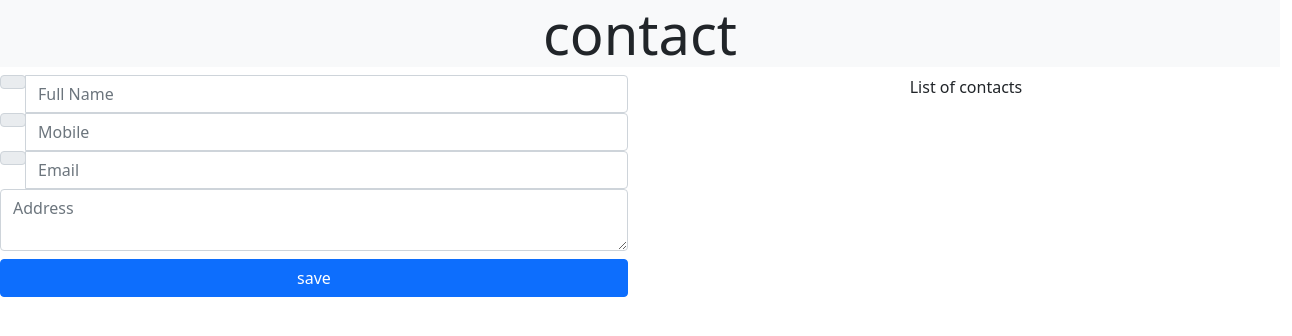
Repository: sahil801/my-react
Page: / (app in finalassignment/)
The author's editor kept a copy of each file at every save. The page is drawn from the files as they stood at one save, then again after the next save.
The browser window is 1280 px wide. The page is 1292 px wide, so the pictures cover 1292 px, including what lies to the right of the window. The pictures show the whole page.
The page's requests for data from a server got no answer. The project was rebuilt for these pictures with package versions that can differ from the ones it lists, and the page was loaded fresh each time. No one was signed in, and anything a server would have sent is missing.

Above is the page before, as saved 2021-10-28 14:40:32.

### finalassignment/src/index.js
import React from 'react';
import ReactDOM from 'react-dom';
import './index.css';
import App from './App';
import reportWebVitals from './reportWebVitals';
import 'bootstrap/dist/css/bootstrap.min.css';

ReactDOM.render(
  <React.StrictMode>
    <App />
  </React.StrictMode>,
  document.getElementById('root')
);
reportWebVitals();

### finalassignment/src/App.js
import './App.css';
import Contacts from './components/contacts';
function App() {
  return (
    <div className="App">
      <Contacts/>
    </div>
  );
}

export default App;

### finalassignment/src/components/contacts.js
import React ,{useState,useEffect} from 'react'
import Contactform from './contactform';
import firebaseDb from "../firebase";

export default function Contacts() {
    const addEdit =(obj)=>{
        firebaseDb.child('contacts').push(
            obj,
            err => {
                if (err)
                    console.log(err)
            }
        )

    }
    return (
        <>
        <div className="bg-light text-center">
            <div className="container p-250">
                <h1 className="display-4">contact</h1>
            </div>
        </div>
        <div className="row mt-10">
            <div className="col md-5 w-20">
                <Contactform addEdit={addEdit}/>
            </div>
            <div className="col md-7">
                <div>List of contacts</div>
            </div>
        </div>
        </>
    )
}

### finalassignment/src/components/contactform.js
import React ,{useState,useEffect} from 'react'
// import {Form} from 'react-bootstrap';

export default function Contactform(props) {

    const initialFieldValue = {
        name : '',
        mobile : '',
        email : '',
        address : ''
    }
    const [value,setValue] = useState(initialFieldValue);
    const handleInputChange = (e) =>{
        const name = e.target.name;
        const val = e.target.value;
        setValue({...value, [name]:val})
    }
    const handleSubmit =(e)=>{
        e.preventDefault();
        props.addEdit(value)
    }
    return (
        <div>
            <form autoComplete="off" onSubmit={handleSubmit}>
            <div className="form-group input-group">
                <div className="input-group-prepend">
                    <div className="input-group-text">
                        <i className="fas fa-user"></i>
                    </div>
                </div>
                <input className="form-control" placeholder="Full Name" name="name"
                    value={value.name}
                    onChange={handleInputChange}
                />
            </div>
            <div className="form-row">
                <div className="form-group input-group col-md-6">
                    <div className="input-group-prepend">
                        <div className="input-group-text">
                            <i className="fas fa-mobile-alt"></i>
                        </div>
                    </div>
                    <input className="form-control" placeholder="Mobile" name="mobile"
                        value={value.mobile}
                        onChange={handleInputChange}
                    />
                </div>
                <div className="form-group input-group col-md-6">
                    <div className="input-group-prepend">
                        <div className="input-group-text">
                            <i className="fas fa-envelope"></i>
                        </div>
                    </div>
                    <input className="form-control" placeholder="Email" name="email"
                        value={value.email}
                        onChange={handleInputChange}
                    />
                </div>
            </div>
            <div className="form-group">
                <textarea className="form-control" placeholder="Address" name="address"
                    value={value.address}
                    onChange={handleInputChange}
                />
            </div>
            <div className="form-group">
                <input type="submit" className="btn btn-primary btn-block w-100 mt-2" value='save' />
            </div>
            </form>
        </div>
    )
}

### finalassignment/src/firebase.js
// import firebase from 'firebase/compat/dist/app';
// import 'firebase/database'

import * as firebase from "firebase";

const firebaseConfig = {
  apiKey: "AIzaSyCY0GXjXd7uOSQEG1_hYhTBO2Rbwx4RFdw",
  authDomain: "react-crud-d275a.firebaseapp.com",
  databaseURL: "https://react-crud-d275a-default-rtdb.firebaseio.com",
  projectId: "react-crud-d275a",
  storageBucket: "react-crud-d275a.appspot.com",
  messagingSenderId: "106783588214",
  appId: "1:106783588214:web:167055a6aa21af137c0457"
};

  // Initialize Firebase
var fireDb = firebase.initializeApp(firebaseConfig);

export default fireDb.database().ref();

Loaded but not shown: finalassignment/public/index.html (common file); finalassignment/src/index.css (common file); finalassignment/src/reportWebVitals.js (common file); finalassignment/src/App.css (common file)

After the next save:
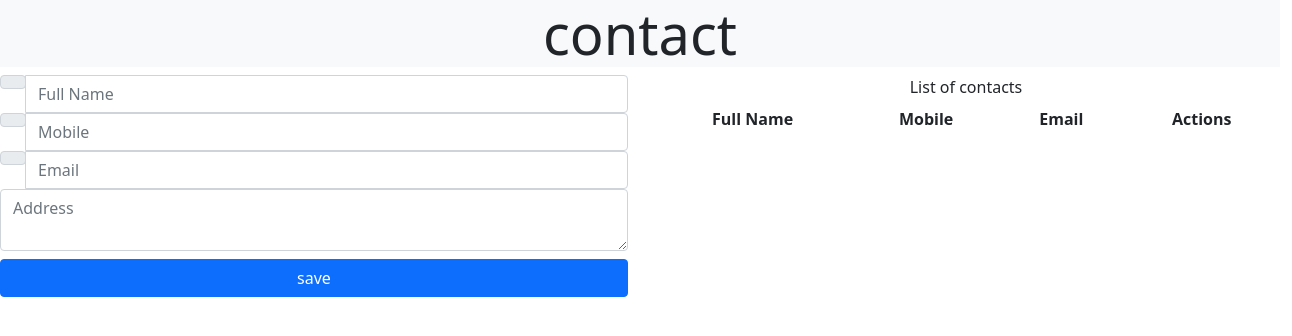
Saved 9 min 39 s later.
--- a/finalassignment/src/components/contacts.js
+++ b/finalassignment/src/components/contacts.js
@@ -3,6 +3,19 @@ import Contactform from './contactform';
 import firebaseDb from "../firebase";
 
 export default function Contacts() {
+
+    var [contactObjects, setContactObjects] = useState({})
+    useEffect(() => {
+        firebaseDb.child('contacts').on('value', snapshot => {
+            if (snapshot.val() != null)
+                setContactObjects({
+                    ...snapshot.val()
+                })
+            else
+                setContactObjects({})
+
+        })
+    }, [])
     const addEdit =(obj)=>{
         firebaseDb.child('contacts').push(
             obj,
@@ -26,6 +39,37 @@ export default function Contacts() {
             </div>
             <div className="col md-7">
                 <div>List of contacts</div>
+
+                <table className="table table-borderless table-stripped">
+                    <thead className="thead-light">
+                        <tr>
+                            <th>Full Name</th>
+                            <th>Mobile</th>
+                            <th>Email</th>
+                            <th>Actions</th>
+                        </tr>
+                    </thead>
+                    <tbody>
+                        {
+                            Object.keys(contactObjects).map(id => {
+                                return <tr key={id}>
+                                    <td>{contactObjects[id].name}</td>
+                                    <td>{contactObjects[id].mobile}</td>
+                                    <td>{contactObjects[id].email}</td>
+                                    {/* <td>
+                                        <a className="btn text-primary" onClick={() => { setCurrentId(id) }}>
+                                            <i className="fas fa-pencil-alt"></i>
+                                        </a>
+                                        <a className="btn text-danger" onClick={() => { onDelete(id) }}>
+                                            <i className="far fa-trash-alt"></i>
+                                        </a>
+                                    </td> */}
+                                </tr>
+                                })
+                            }
+                        </tbody>
+                    </table>
+
             </div>
         </div>
         </>
